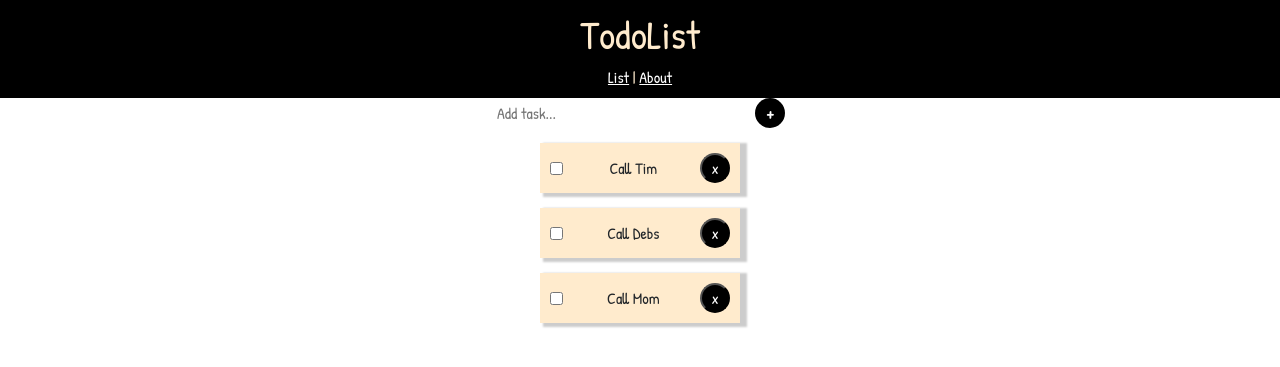
Repository: latenightsnacc/React-Projects
Page: / (app in todolist/)
These files come from the project's save history. The page is drawn as it stood at one moment and after the next save; the edit follows.
The browser window is 1280 px wide. The pictures show the whole page.
The project was rebuilt for these pictures with package versions that can differ from the ones it lists, and the page was loaded fresh each time. Also part of the build but not shown: todolist/src/pages/About.js.

Above is the page before, as saved 2020-07-02 14:55:44.

### todolist/public/index.html
<!DOCTYPE html>
<html lang="en">
  <head>
    <meta charset="utf-8" />
    <link rel="icon" href="%PUBLIC_URL%/favicon.ico" />
    <meta name="viewport" content="width=device-width, initial-scale=1" />
    <meta name="theme-color" content="#000000" />
    <meta
      name="description"
      content="Web site created using create-react-app"
    />
    <link rel="apple-touch-icon" href="%PUBLIC_URL%/logo192.png" />
    <link rel="stylesheet" href="https://stackpath.bootstrapcdn.com/bootstrap/4.5.0/css/bootstrap.min.css" integrity="sha384-9aIt2nRpC12Uk9gS9baDl411NQApFmC26EwAOH8WgZl5MYYxFfc+NcPb1dKGj7Sk" crossorigin="anonymous">
    <link rel="manifest" href="%PUBLIC_URL%/manifest.json" />
    <link href="https://fonts.googleapis.com/css2?family=Patrick+Hand&display=swap" rel="stylesheet">
    <title>React App</title>
  </head>
  <body>
    <noscript>You need to enable JavaScript to run this app.</noscript>
    <div id="root"></div>
    <!--
      This HTML file is a template.
      If you open it directly in the browser, you will see an empty page.

      You can add webfonts, meta tags, or analytics to this file.
      The build step will place the bundled scripts into the <body> tag.

      To begin the development, run `npm start` or `yarn start`.
      To create a production bundle, use `npm run build` or `yarn build`.
    -->
  </body>
</html>

### todolist/src/App.js
import React, {Component} from 'react';
import TodoList from './components/TodoList';
import Header from './components/layout/Header';
import './styles/App.scss';
import AddItem from './components/AddItem';
import { v4 as uuidv4} from 'uuid';
import { BrowserRouter as Router, Route} from 'react-router-dom';
import About from './pages/About';

class App extends Component  {
  constructor(props){
    super(props);
    this.state = {
      todos: [
        {
          id: uuidv4(),
          title: 'Call Tim',
          completed: false
        },
        {
          id: uuidv4(),
          title: 'Call Debs',
          completed: false
        },
        {
          id: uuidv4(),
          title: 'Call Mom',
          completed: false
        }
      ]
    }

  }

  // Toggle Complete
  markComplete = (id) => {
    this.setState({
      todos: this.state.todos.map(task => {
        if(task.id === id){
          task.completed = !task.completed
        }
        return task;
      })
    })
  }

  // Delete Task
  deleteTask = (id) => {
    this.setState({
      todos: [...this.state.todos.filter(
        task => task.id !== id
      )]
    })
  }

  // Add a new task item
  addItem = (title) => {
    const newTask = {
      id: uuidv4(),
      title,
      completed: false
    };
    this.setState(
      {
        todos: [...this.state.todos, newTask]
      }
    );

  }
  render() {
    return (
      <Router>
        <div className="App">
          <Header />
          <Route exact path="/" render={props => (
            <div className="container">
              <AddItem addItem={this.addItem} />
              <TodoList tasks= {this.state.todos} markComplete={this.markComplete} deleteTask= {this.deleteTask} />
            </div>
          )} />
          <Route path="/about" component={About} />

        </div>
      </Router>
    );
  }

}

export default App;

### todolist/src/components/TodoList.js
import React, { Component } from 'react';
import PropTypes from 'prop-types';
import TodoItem from './TodoItem';

class TodoList extends Component {
    render() {
        return (
            <>
                <div style={todoList}>
                    {
                        this.props.tasks.map(task => {
                            return <TodoItem key={task.id} task= {task} markComplete={this.props.markComplete} deleteTask= {this.props.deleteTask} />
                        })
                    }
                </div>
            </>
        )
    }
}

const todoList = {
    display: 'flex',
    width: '100%',
    alignItems: 'center',
    flexDirection: 'column'
}
// PropTypes
TodoList.propTypes = {
    tasks: PropTypes.array.isRequired
}
export default TodoList;

### todolist/src/components/layout/Header.js
import React from 'react';
import { Link } from 'react-router-dom';

function Header() {
    return (
        <div style={headerStyle}>
           <h1>TodoList</h1>
           <Link style={linkStyle} to="/">List</Link> | <Link style={linkStyle} to="/about">About</Link>
        </div>
    )
}

const headerStyle = {
    background: 'black',
    color: '#ffebcd',
    textAlign: 'center',
    lineHeight: '1.4',
    padding: '10px'
}

const linkStyle = {
    color: 'white'
}
export default Header;

### todolist/src/styles/App.scss
@import "~bootstrap/scss/bootstrap";
@import url('https://fonts.googleapis.com/css2?family=Patrick+Hand&display=swap');

* {
    margin: 0;
    padding: 0;
    font-family: 'Patrick Hand', cursive;
}

.App {
    .container{
        display: flex;
        width: 100vw;
        flex-direction: column;
        align-items: center;
    }

}

.addBtn {
    height: 30px;
    width: 30px;
    border-radius: 50%;
    text-align: center;
    background-color: black;
    color: white;
    font-weight: bold;
    outline: none;
    margin-bottom: 15px;
    border: 0px;
}
.addItem {
    outline:none;
    border: 0;
    margin-bottom: 15px;
    color: black;
    padding: 2px;
    width: 260px;
    &:focus{
        outline:none;
        border-bottom: 1px solid black;
    }
}

### todolist/src/components/AddItem.js
import React, { Component } from 'react'

class AddItem extends Component {
    state = {
        title: ''
    }
    onChange = (e) => {
        this.setState({
            // use e.target.name to get the value for multiple fields
            [e.target.name]: e.target.value
        });
    }

    onSubmit = (e) => {
        e.preventDefault();
        this.props.addItem(this.state.title);
        this.setState({title: ''});
    }
    render() {
        return (
            <form onSubmit={this.onSubmit}   style={{display: 'flex'}}>
                <input
                type="text"
                name="title"
                placeholder="Add task..."
                className="addItem"
                value={this.state.title}
                onChange= {this.onChange}
                />
                <input
                type="submit"
                value="+"
                className="addBtn"
                />
            </form>
        )
    }
}

export default AddItem

### todolist/src/components/TodoItem.js
import React, { Component } from 'react';
import PropTypes from 'prop-types';

class TodoItem extends Component {
    getStyle = () => {
        return {
            background: '#ffebcd',
            width: '200px',
            padding: '10px',
            display: 'flex',
            alignItems: 'center',
            justifyContent: 'space-between',
            marginBottom: '15px',
            boxShadow: '5px 2px 2px 2px #cccccc',
            textDecoration: this.props.task.completed ?
            'line-through'
            :'none'
        }
    }

    render() {
        const { id, title } = this.props.task;
        return (
            <>
                <div style={this.getStyle()}>
                    <input type="checkbox" onChange={this.props.markComplete.bind(this, id)} /> &nbsp;
                    {title}
                    <button style={btn} onClick={this.props.deleteTask.bind(this, id)}>x</button>
                </div>
            </>
        )
    }
}
const btn = {
    float: 'right',
    background: 'black',
    height: '30px',
    width: '30px',
    borderRadius: '50%',
    textAlign: 'center',
    color: 'white',
    outline: 'none'
}
// PropTypes
TodoItem.propTypes = {
    task: PropTypes.object.isRequired
}
export default TodoItem

Loaded but not shown: todolist/src/index.js (common file)

After the next save:
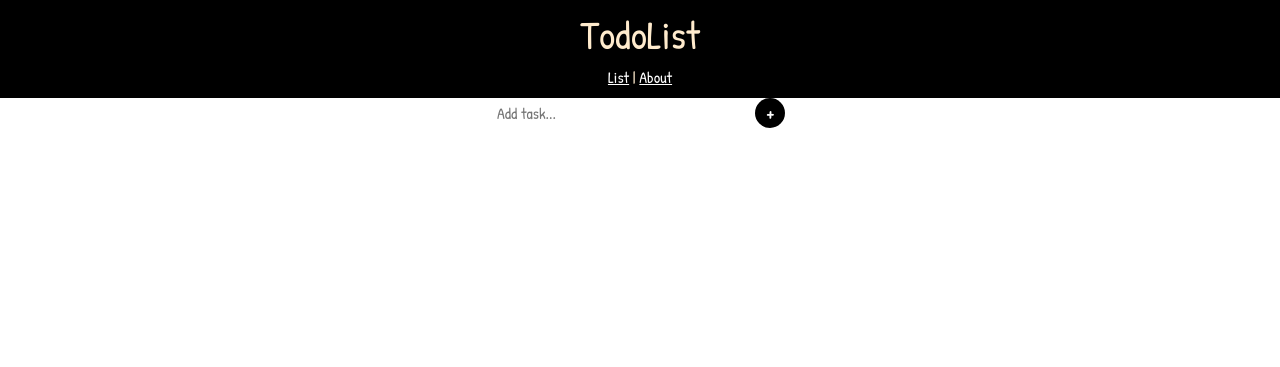
Saved 4 min 41 s later.
--- a/todolist/src/App.js
+++ b/todolist/src/App.js
@@ -12,21 +12,6 @@ class App extends Component  {
     super(props);
     this.state = {
       todos: [
-        {
-          id: uuidv4(),
-          title: 'Call Tim',
-          completed: false
-        },
-        {
-          id: uuidv4(),
-          title: 'Call Debs',
-          completed: false
-        },
-        {
-          id: uuidv4(),
-          title: 'Call Mom',
-          completed: false
-        }
       ]
     }
 
